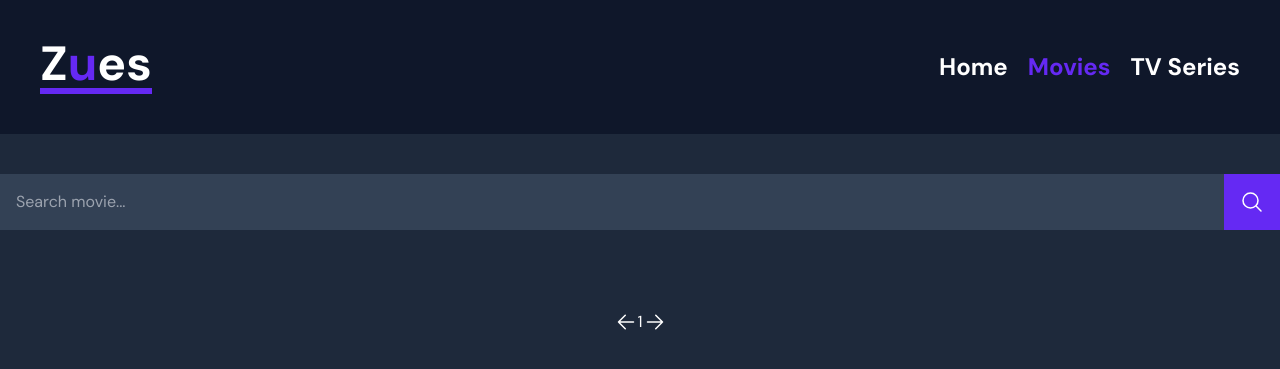
Repository: ThaiBinh1608/Web_List_Movie
Page: /movies
The author's editor kept a copy of each file at every save. The page is drawn from the files as they stood at one save, then again after a run of saves.
The browser window is 1280 px wide. The pictures show the whole page.
The page's requests for data from a server got no answer. The project was rebuilt for these pictures with package versions that can differ from the ones it lists, and the page was loaded fresh each time. No one was signed in, and anything a server would have sent is missing. Also part of the build but not shown: src/components/movie/MovieCard.js, src/components/movie/MovieList.js, src/components/TVseries/TVseriesCard.js, src/components/TVseries/TvseriesList.js, src/pages/HomePage.js, src/pages/TVseriesPage.js, src/components/banner/Banner.js, src/pages/MoviesDetailsPage.js and 1 more.

Above is the page before, as saved 2023-02-26 10:56:34.

### src/index.scss
@tailwind base;
@tailwind components;
@tailwind utilities;

@layer base {
  body {
    @apply bg-slate-800 font-body text-white ;
  }
}

@layer components {
  .page-container {
    max-width: 1280px;
    @apply mx-auto;
  }

  .movie-list .swiper-slide {
    width: 300px;
    height: auto;
  }
  .tv-list .swiper-slide {
    width: 300px;
    height: auto;
  }
  .banner .swiper{
    height: 100%;
  }
}

### src/App.js
import { Fragment } from "react";
import "swiper/scss";
import { Routes,Route } from "react-router-dom";
import Main from "./components/layout/Main";
import HomePage from "./pages/HomePage";
import MoviesPage from "./pages/MoviesPage";
import TVseriesPage from "./pages/TVseriesPage";
import Banner from "./components/banner/Banner";
import MoviesDetailsPage from "./pages/MoviesDetailsPage";
import TVSeriesDetailsPage from "./pages/TVseriesDetailsPage";
function App() {
  return (
    <Fragment>
      <Routes>
          <Route  element= {<Main></Main>}>

            <Route path="/" element={
              <>
                <Banner></Banner>
                <HomePage></HomePage>
              </>}>
            </Route>
            <Route path="/movies" element={<MoviesPage></MoviesPage>}></Route>
            <Route path="/movie/:movieId" element={<MoviesDetailsPage></MoviesDetailsPage>}></Route>
            <Route path="/TVseries" element={<TVseriesPage></TVseriesPage>}></Route>
            <Route path="/TVserie/:TVserieId" element={<TVSeriesDetailsPage></TVSeriesDetailsPage>}></Route>

          </Route>
      </Routes>
    </Fragment>
  );
}

export default App;

### src/components/layout/Main.js
import React, {Fragment} from 'react';
import Header from './Header';
import { Outlet } from 'react-router-dom';
const Main = () => {
    return (
        <Fragment>
            <Header></Header>
            <Outlet></Outlet>
        </Fragment>
    );
};

export default Main;

### src/pages/MoviesPage.js
import React, { useEffect, useState } from 'react';
import useSWR from "swr";
import {fetcher} from "../config"
import MovieCard from '../components/movie/MovieCard';
import useDebounce from '../hooks/useDebounce';

//https://api.themoviedb.org/3/search/movie?api_key=
const MoviesPage = () => {
    const [filter, setFilter] =useState("");
    const [url, setUrl] = useState("https://api.themoviedb.org/3/movie/popular?api_key=ccd2fb4b6c71b6649a8e1b8c8338a19e");
    const filterDebounce = useDebounce(filter,500);
    const handleFilterChange = (event) => {
        setFilter(event.target.value);
    }
    const { data , error} = useSWR(url, fetcher);
    const loading = !data && !error;
    useEffect(() => {
        if(filterDebounce) {
            setUrl(`https://api.themoviedb.org/3/search/movie?api_key=ccd2fb4b6c71b6649a8e1b8c8338a19e&query=${filterDebounce}`);
        }else {
            setUrl(`https://api.themoviedb.org/3/movie/popular?api_key=ccd2fb4b6c71b6649a8e1b8c8338a19e`)
        }

    },[filterDebounce]);

    const movies = data?.results || [];

    return (
        <div className='py-10 page-container'>
        <div className="flex mb-10">
            <div className="flex-1">
                <input type="text" className= "w-full p-4 bg-slate-700 text-white outline-none" placeholder="Search movie..."
                    onChange={handleFilterChange}
                />

            </div>
            <button className='p-4 bg-primary text-white'>
            <svg xmlns="http://www.w3.org/2000/svg" fill="none" viewBox="0 0 24 24" strokeWidth="1.5" stroke="currentColor" className="w-6 h-6">
            <path strokeLinecap="round" strokeLinejoin="round" d="M21 21l-5.197-5.197m0 0A7.5 7.5 0 105.196 5.196a7.5 7.5 0 0010.607 10.607z" />
            </svg>

            </button>
        </div>
        {loading && (<div className='w-10 h-10 rounded-full border-primary border-t-transparent border-t-4
        mx-auto animate-spin'></div>) }
          <div className="grid grid-cols-4 gap-10">
            {!loading && movies.length > 0 && movies.map(item =>(
                <MovieCard item={item}></MovieCard>
            ))}
            </div>
            <div className="flex items-center justify-center mt-10">
                <span><svg xmlns="http://www.w3.org/2000/svg" fill="none" viewBox="0 0 24 24"
                stroke-width="1.5" stroke="currentColor" class="w-6 h-6">
                <path stroke-linecap="round" stroke-linejoin="round" d="M19.5 12h-15m0 0l6.75 6.75M4.5 12l6.75-6.75" />
                </svg>
                </span>

                <span>1</span>


                <span><svg xmlns="http://www.w3.org/2000/svg" fill="none" viewBox="0 0 24 24"
                stroke-width="1.5" stroke="currentColor" class="w-6 h-6">
                <path stroke-linecap="round" stroke-linejoin="round" d="M4.5 12h15m0 0l-6.75-6.75M19.5 12l-6.75 6.75" />
                </svg>
                </span>
            </div>
        </div>
    );
};

export default MoviesPage;

### src/components/layout/Header.js
import React from 'react';
import { NavLink } from 'react-router-dom';
const Header = () => {
    return (
        <>

        <header className="header flex w-full p-10 text-xl font-semibold bg-slate-900 items-center justify-between gap-x-5 text-white py-10 ">
        <div className='text-5xl font-bold text-left border-b-[6px] border-b-primary select-none
        '>Z<span className='text-primary'>u</span>es</div>
       <div className='flex  text-2xl font-semibold items-center justify-center gap-x-5'>
        <NavLink to="/" className={({isActive}) => isActive ? "text-primary": ""}>
            Home
        </NavLink>

        <NavLink to="/movies" className={({isActive}) => isActive ? "text-primary": ""}>
            Movies
        </NavLink>

        <NavLink to="/TVseries" className={({isActive}) => isActive ? "text-primary": ""}>
            TV Series
        </NavLink>
        </div>
    </header>
    </>
    );
};

export default Header;

### src/config.js
export const fetcher = (...args) => fetch(...args).then((res) => res.json());
export const apiKey ="ccd2fb4b6c71b6649a8e1b8c8338a19e";

### src/hooks/useDebounce.js
import { useEffect, useState } from "react";

export default function useDebounce(initializeValue = "", delay = 1000) {
  const [debounceValue, setDebounceValue] = useState(initializeValue);
  useEffect(() => {
    const timer = setTimeout(() => {
      setDebounceValue(initializeValue);
    }, delay);
    return () => {
      clearTimeout(timer);
    };
  }, [delay, initializeValue]);
  return debounceValue;
}

### tailwind.config.js
/** @type {import('tailwindcss').Config} */
module.exports = {
  content: ["./src/**/*.{js,jsx,ts,tsx}"],
  theme: {
    extend: {
      fontFamily: {
        body: ["DM Sans", "Sans-serif"],
      },

      colors: {
        primary: "#6529F3",
      },
    },
  },
  plugins: [],
};

Loaded but not shown: public/index.html (common file); src/index.js (common file); src/reportWebVitals.js (common file)

After the next 2 saves:
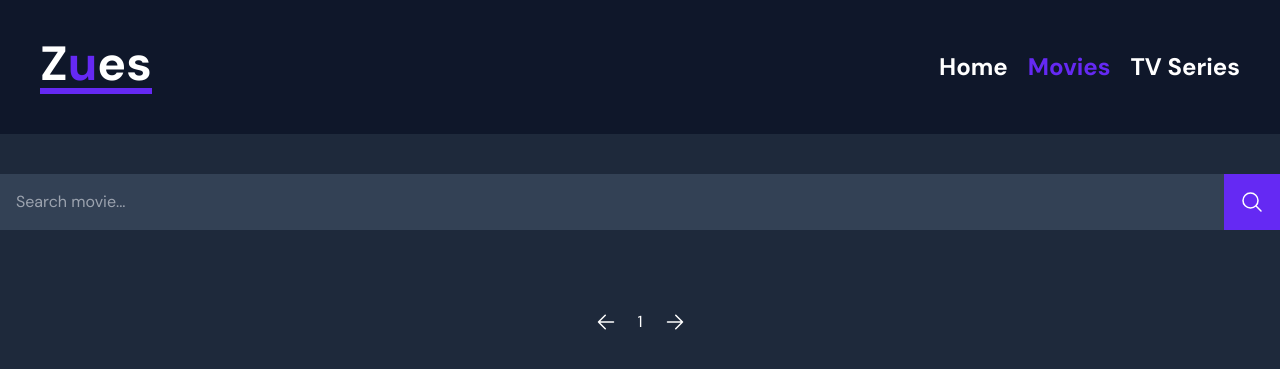
The 2 saves are shown as one change because they came seconds apart.
The last was saved 14 s later.
--- a/src/pages/MoviesPage.js
+++ b/src/pages/MoviesPage.js
@@ -48,7 +48,7 @@ const MoviesPage = () => {
                 <MovieCard item={item}></MovieCard>
             ))}
             </div>
-            <div className="flex items-center justify-center mt-10">
+            <div className="flex items-center justify-center mt-10 gap-x-5">
                 <span><svg xmlns="http://www.w3.org/2000/svg" fill="none" viewBox="0 0 24 24"
                 stroke-width="1.5" stroke="currentColor" class="w-6 h-6">
                 <path stroke-linecap="round" stroke-linejoin="round" d="M19.5 12h-15m0 0l6.75 6.75M4.5 12l6.75-6.75" />
